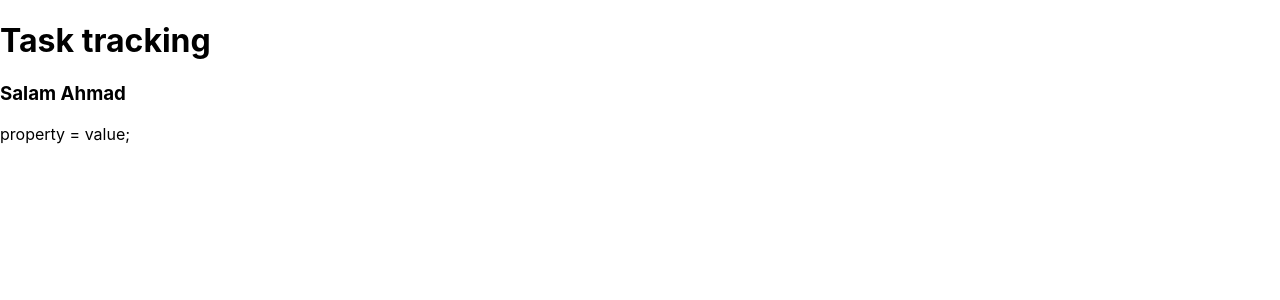
Repository: feyroozecode/task_tracker
Page: /
These files come from the project's save history. The page is drawn as it stood at one moment and after a run of saves; the edit follows.
The browser window is 1280 px wide. The pictures show the whole page.
The project was rebuilt for these pictures with package versions that can differ from the ones it lists, and the page was loaded fresh each time. Also part of the build but not shown: src/App.css.

Above is the page before, as saved 2023-10-19 12:19:04.

### public/index.html
<!DOCTYPE html>
<html lang="en">
  <head>
    <meta charset="utf-8" />
    <link rel="icon" href="%PUBLIC_URL%/favicon.ico" />
    <meta name="viewport" content="width=device-width, initial-scale=1" />
    <meta name="theme-color" content="#000000" />
    <meta
      name="description"
      content="Web site created using create-react-app"
    />
    <link rel="apple-touch-icon" href="%PUBLIC_URL%/logo192.png" />

    <link rel="manifest" href="%PUBLIC_URL%/manifest.json" />

    <title>React App</title>
  </head>
  <body>
    <noscript>You need to enable JavaScript to run this app.</noscript>

    <div id="root"></div>

  </body>
</html>

### src/App.js
import './App.css';

function App() {
  const userName = 'Ahmad'

  return (
    <div className="container">
      <h1>Task tracking </h1>
      <h3>Salam {userName} </h3>

      property = value;
    </div>
  );
}

export default App;

Loaded but not shown: src/index.js (common file); src/index.css (common file)

After the next 2 saves:
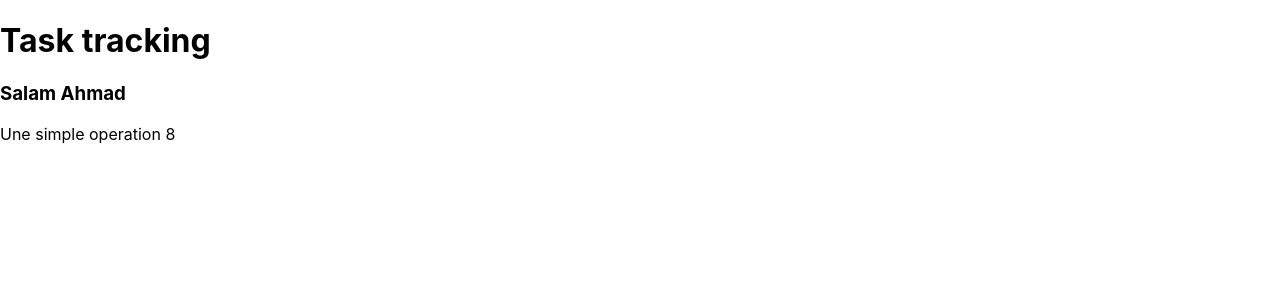
The 2 saves are shown as one change because 1 did not build or start.
The last was saved 18 s later.
--- a/src/App.js
+++ b/src/App.js
@@ -8,7 +8,7 @@ function App() {
       <h1>Task tracking </h1>
       <h3>Salam {userName} </h3>
 
-      property = value;
+      <p>Une simple operation {4+4} </p>
     </div>
   );
 }
